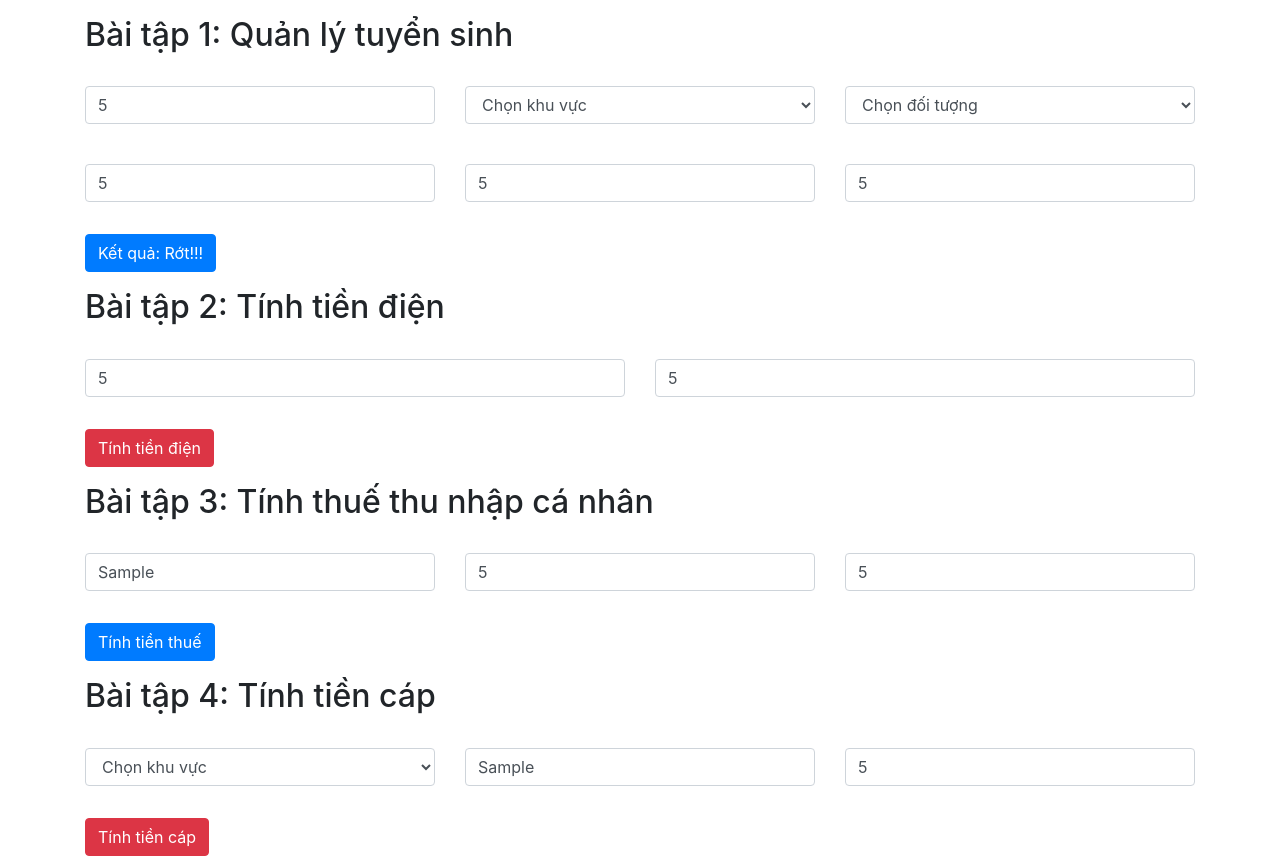
Repository: thanhfrankie/BC10-LeMinhThanh-Js-b5
Page: index.html
The author's editor kept a copy of each file at every save. The page is drawn from the files as they stood at one save, then again after a run of saves.
The browser window is 1280 px wide. The pictures show the whole page.
Empty fields were first filled with sample values (such as "Sample", 5 or name@example.com).
After loading, the first visible `#ket-qua-tuyen-sinh` was clicked once.

Above is the page before, as saved 2023-12-15 19:47:38.

After the next 3 saves:
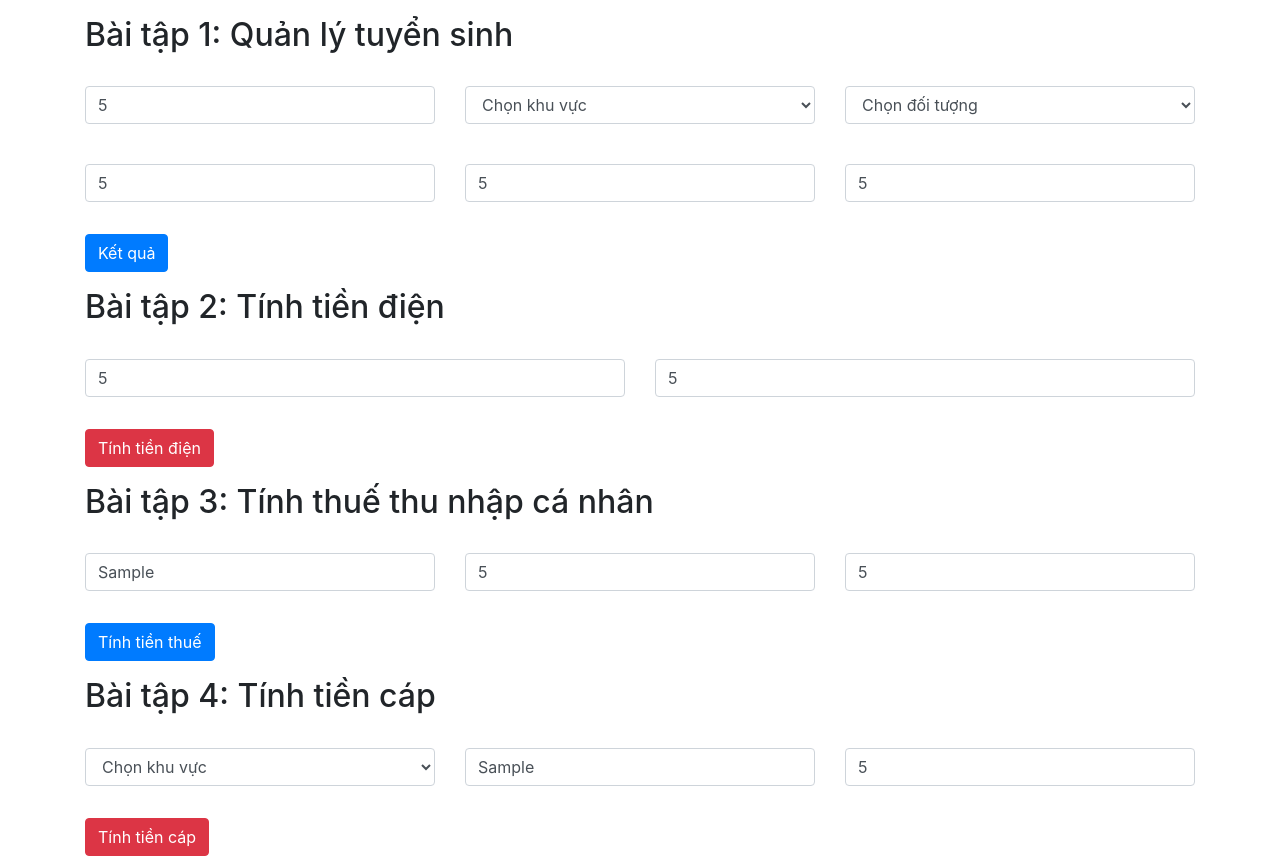
Console error: SyntaxError: Unexpected token ')'
The 3 saves are shown as one change because they came seconds apart.
The last was saved 17 s later.
--- a/index.js
+++ b/index.js
@@ -30,7 +30,7 @@
     if (diemMon1 || diemMon2 || diemMon3 == 0 ) {
         ketQua.innerText = `Kết quả: Rớt!!!`
     }
-    var tong
+    if ()
 }
 
 

After the 6 saves that followed:
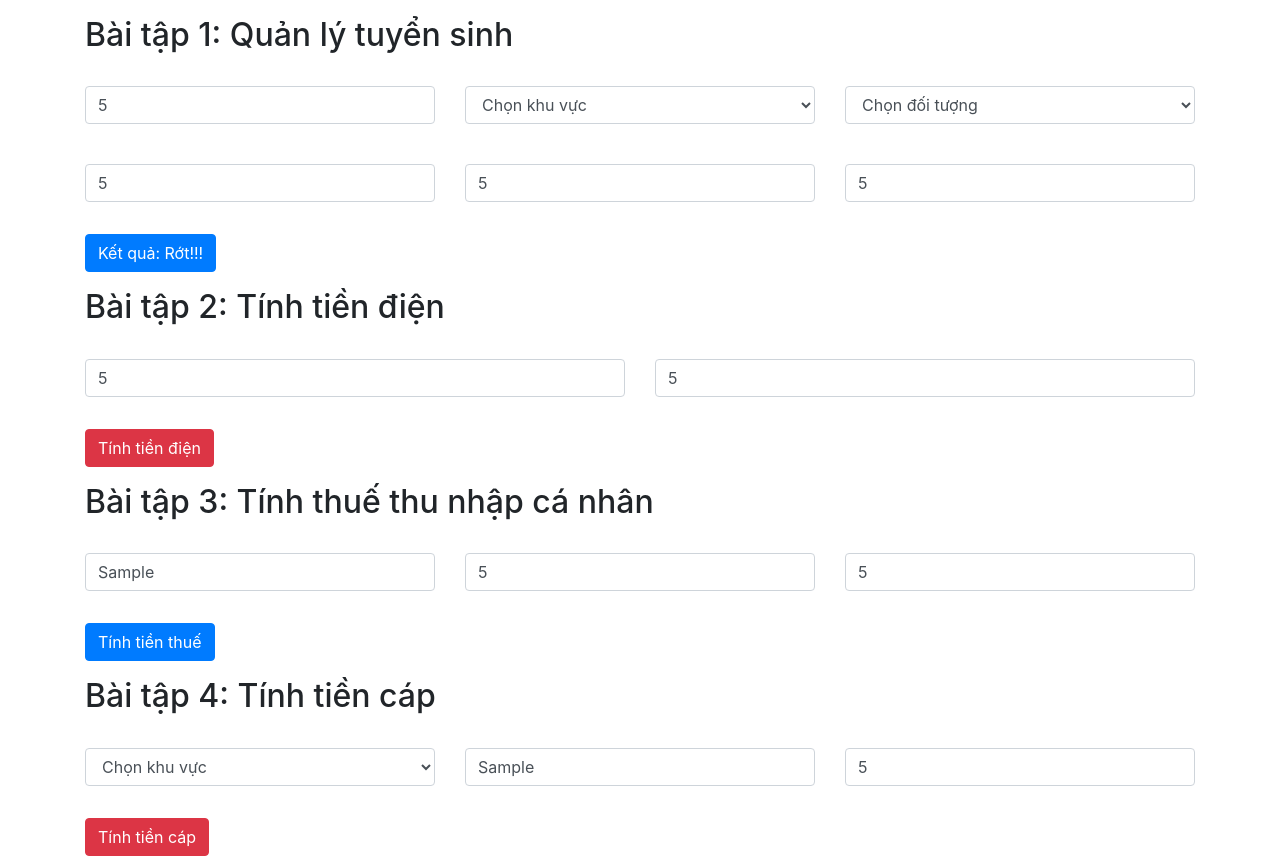
The error is gone.
The 6 saves are shown as one change because 3 left the picture as it was and some came seconds apart.
The last was saved 38 s later.
--- a/index.js
+++ b/index.js
@@ -30,7 +30,9 @@
     if (diemMon1 || diemMon2 || diemMon3 == 0 ) {
         ketQua.innerText = `Kết quả: Rớt!!!`
     }
-    if ()
+    if (isDoiTuongUuTien && isKhuVucUuTien) {
+
+    }
 }
 
 
